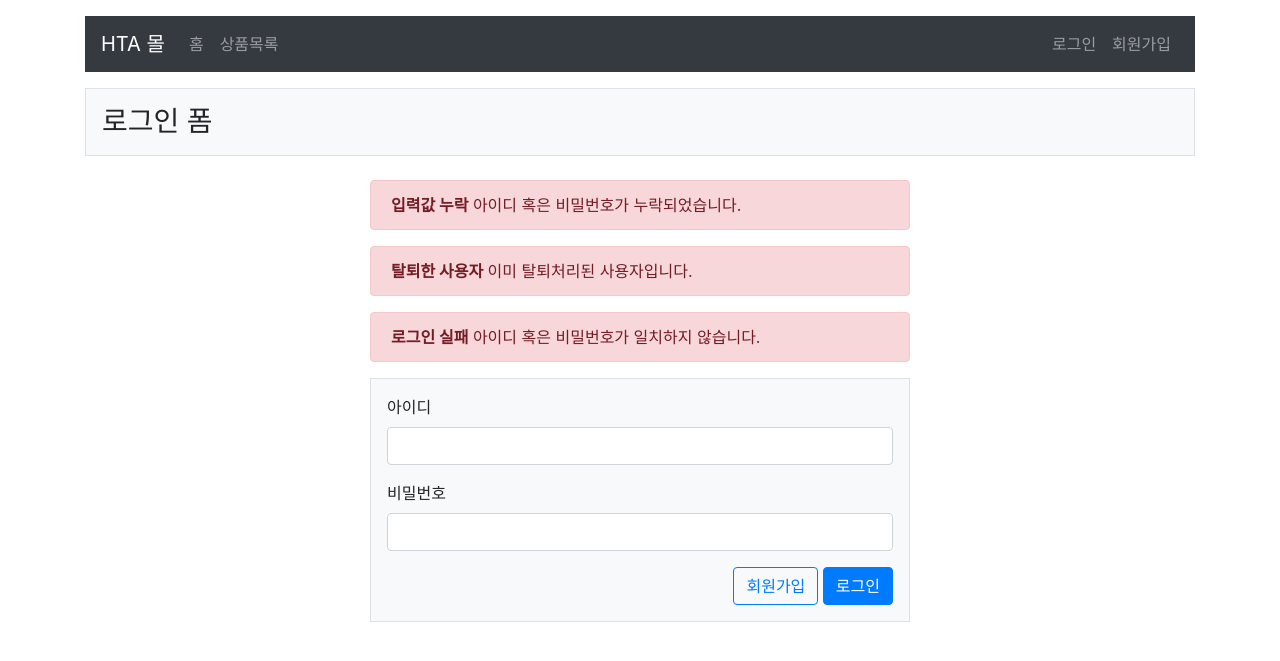
Repository: onuo77/ja_HTA
Page: http://localhost/sample-mybatis/user/loginform.jsp
These files come from the project's save history. The page is drawn as it stood at one moment and after a run of saves; the edit follows.
The browser window is 1280 px wide. The pictures show the whole page.
The page is served by Tomcat 9.

Above is the page before, as saved 2021-05-28 03:48:55.

After the next 3 saves:
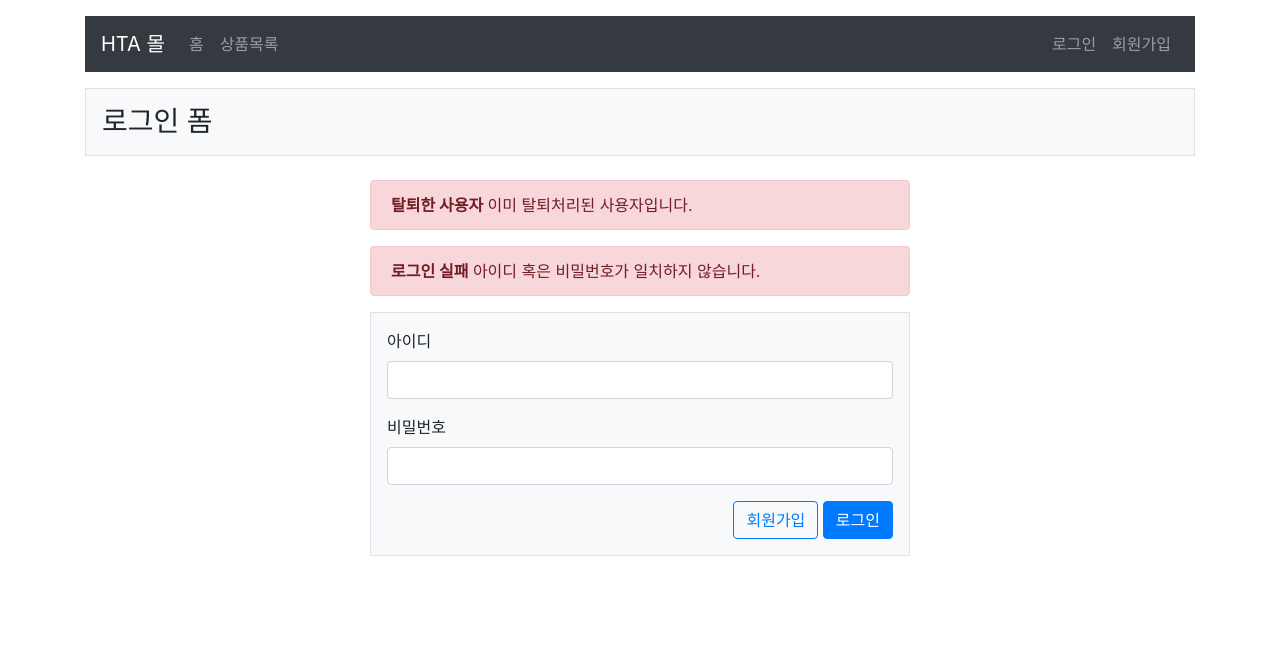
The 3 saves are shown as one change because 2 did not build or start.
The last was saved 88 s later.
--- a/java-web/sample-mybatis/src/main/webapp/user/loginform.jsp
+++ b/java-web/sample-mybatis/src/main/webapp/user/loginform.jsp
@@ -14,6 +14,8 @@
 <div class="container">
 <%
 	String navItem = "login";
+
+	String failMessage = request.getParameter("fail");
 %>
 	<header>
 		<%@ include file="../common/header.jsp" %>
@@ -25,11 +27,17 @@
 			</div>
 		</div>
 		<div class="row">
+		<%
+			if ("blank".equals(failMessage)){
+		%>
 			<div class="col-6 offset-3">
 				<div class="alert alert-danger">
 					<strong>입력값 누락</strong> 아이디 혹은 비밀번호가 누락되었습니다.
 				</div>
 			</div>
+		<%
+			}
+		%>
 			<div class="col-6 offset-3">
 				<div class="alert alert-danger">
 					<strong>탈퇴한 사용자</strong> 이미 탈퇴처리된 사용자입니다.
